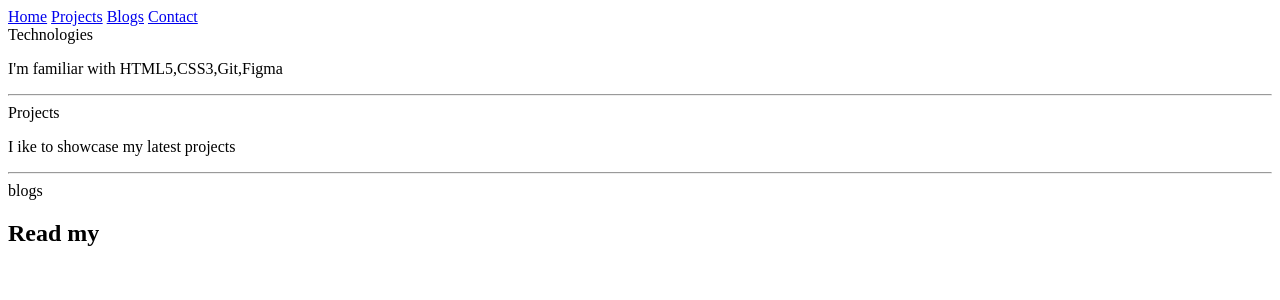
Repository: nihalani20/HTMLbyKG
Page: Projectlevel4/index.html
The author's editor kept a copy of each file at every save. The page is drawn from the files as they stood at one save, then again after the next save.
The browser window is 1280 px wide. The pictures show the whole page.

Above is the page before, as saved 2023-12-13 19:37:18.

### Projectlevel4/index.html
<!DOCTYPE html>
<html lang="en">
<head>
  <meta charset="UTF-8">
  <meta name="viewport" content="width=device-width, initial-scale=1.0">
  <title>HTML and Project Structure</title>
</head>
<body>
  <header>
   <nav>
    <a href="#home">Home</a>
    <a href="#projects">Projects</a>
    <a href="#blogs">Blogs</a>
    <a href="#contact">Contact</a>

   </nav>
  </header>
  <main>
<section>
Technologies
<p>I'm familiar with HTML5,CSS3,Git,Figma</p>
</section>
<hr>
<section>
  Projects
  <p>I ike to showcase my latest projects</p>
</section>
<hr>
<section>
  blogs
  <h2>Read my </h2>
  <article></article>
</section>
  </main>
  <footer>


  </footer>
</body>
</html>

After the next save:
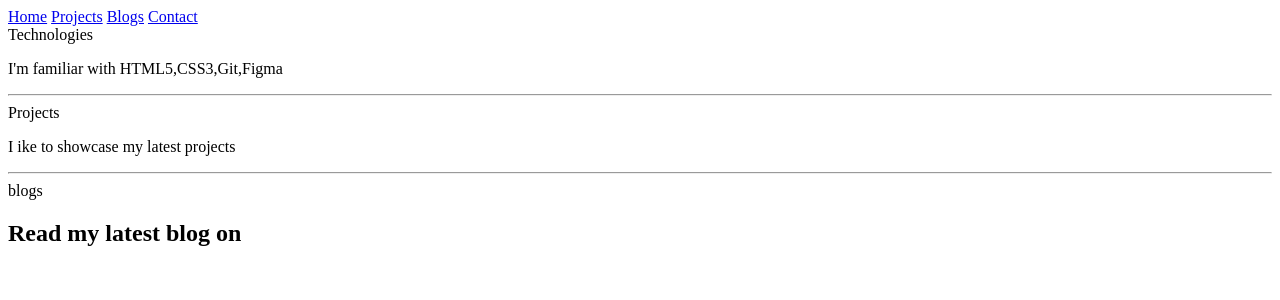
Saved 6 s later.
--- a/Projectlevel4/index.html
+++ b/Projectlevel4/index.html
@@ -28,7 +28,7 @@ Technologies
 <hr>
 <section>
   blogs
-  <h2>Read my </h2>
+  <h2>Read my latest blog on </h2>
   <article></article>
 </section>
   </main>
